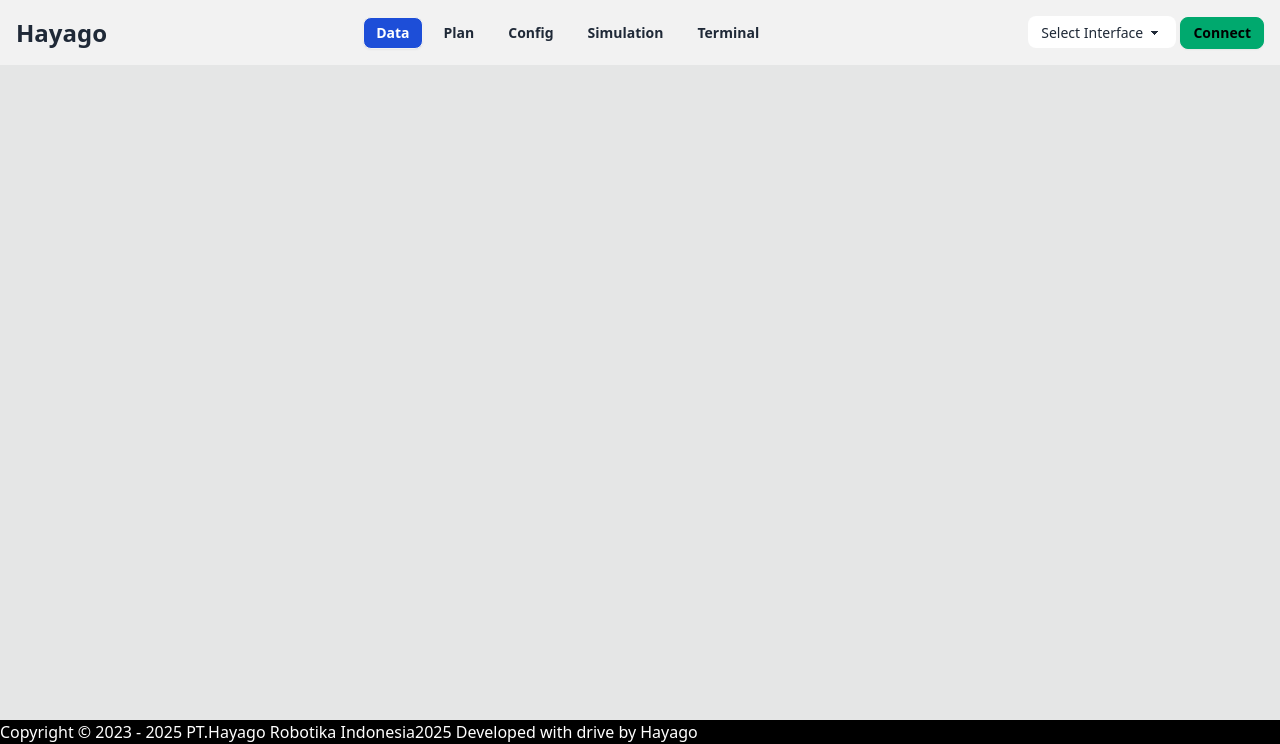
Repository: khulqu15/rov.commander
Page: http://localhost/planner/
The author's editor kept a copy of each file at every save. The page is drawn from the files as they stood at one save, then again after the next save.
The browser window is 1280 px wide. The pictures show the whole page.
Some web libraries are served in a nearby version. The page is served by the project's application, run on Django 5.2 (manage.py).

Above is the page before, as saved 2025-02-06 21:11:45.

After the next save:
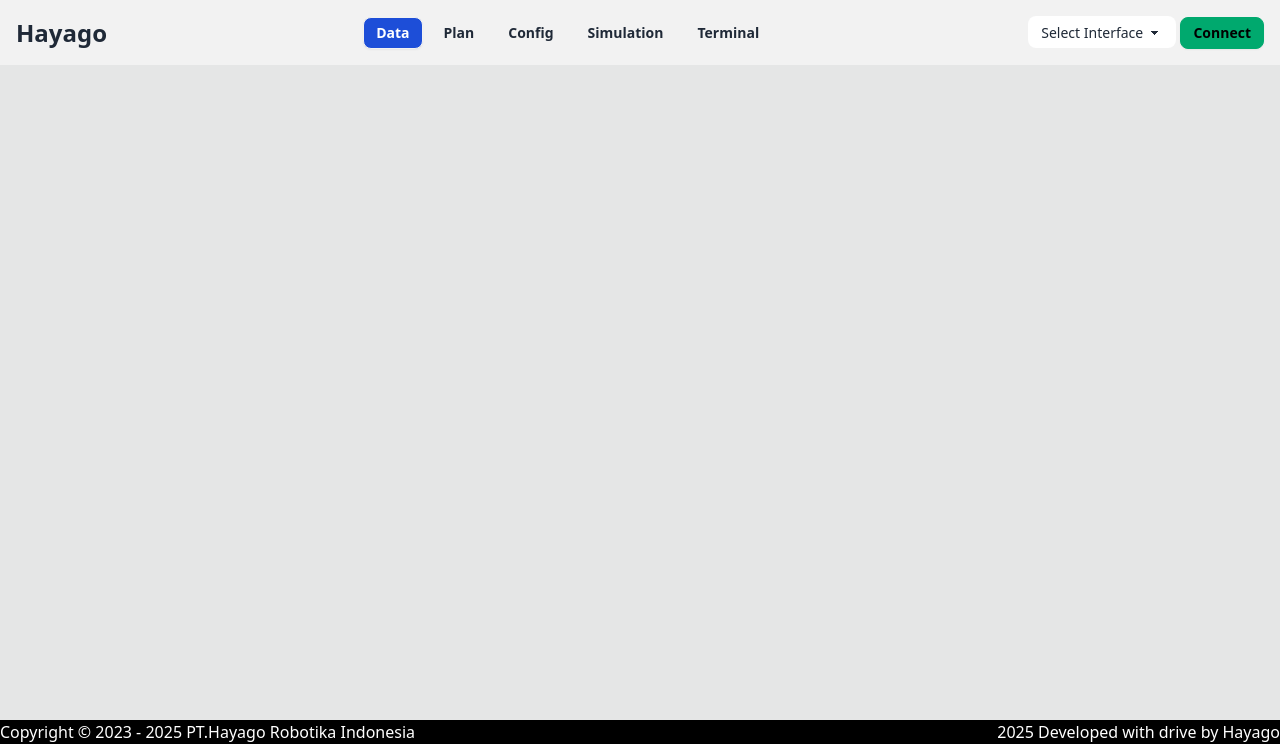
Saved 13 s later.
--- a/templates/index.html
+++ b/templates/index.html
@@ -30,7 +30,7 @@
         </form>
     </div>
     <div class="min-h-screen w-full bg-base-300"></div>
-    <div class="flex items-center bg-black text-white">
+    <div class="flex w-full justify-between items-center bg-black text-white">
         <div>Copyright © 2023 - 2025 PT.Hayago Robotika Indonesia</div>
         <div>2025 Developed with drive by Hayago</div>
     </div>
